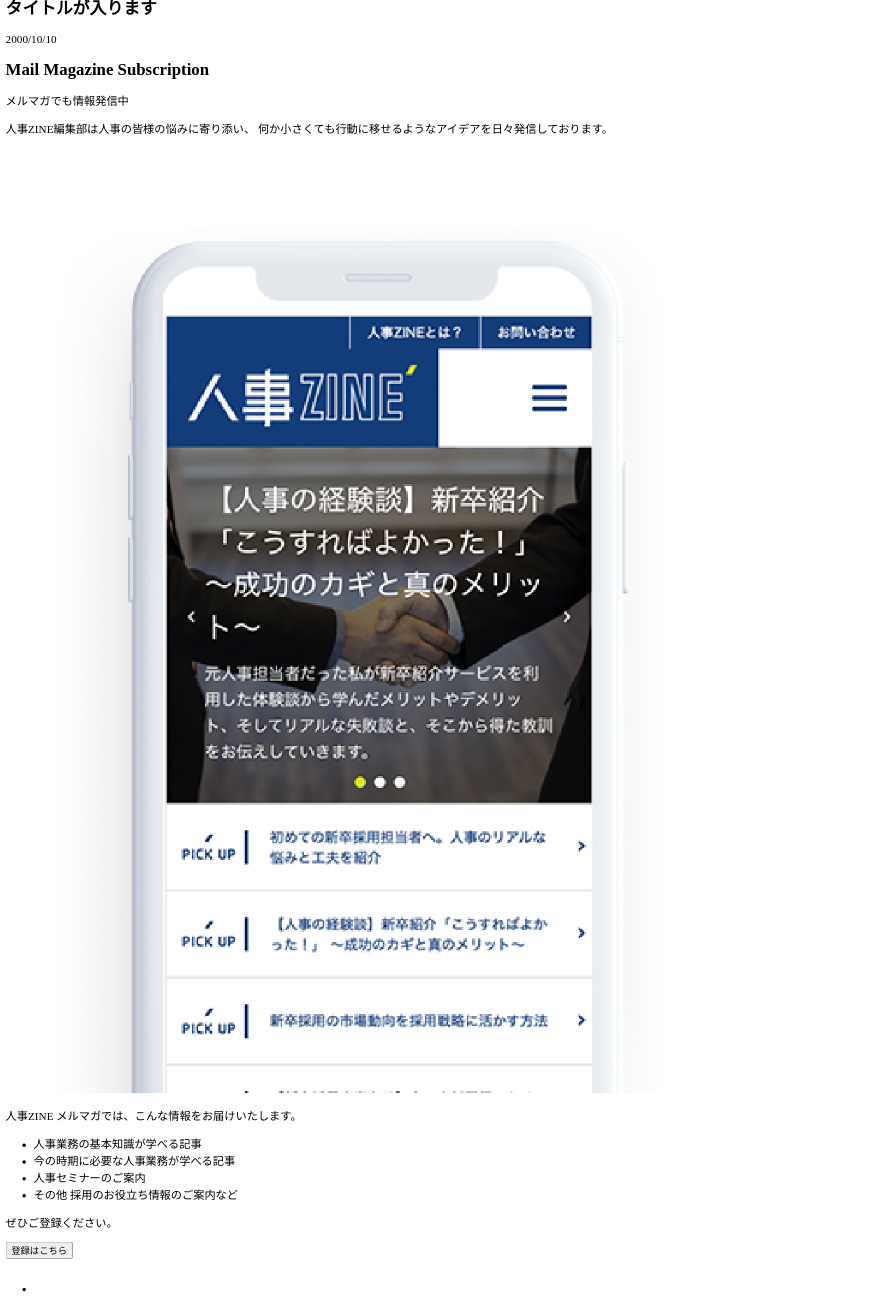
Repository: daisukey623/WpPractice
Page: index.html
These files come from the project's save history. The page is drawn as it stood at one moment and after a run of saves; the edit follows.
The browser window is 1280 px wide. The pictures show the part of the page from y = 1922 to 3842 px (the page is 3788 px tall before and 3842 px after), at 70% of full size.

Above is the page before, as saved 2021-09-21 21:59:28.

### index.html
<!DOCTYPE html>
<html lang="en">
  <head>
    <meta charset="UTF-8" />
    <meta http-equiv="X-UA-Compatible" content="IE=edge" />
    <meta name="viewport" content="width=device-width, initial-scale=1.0" />
    <title>Document</title>
  </head>
  <body>
    <header>
      <div>
        <p>新任人事の悩みに寄り添うメディア</p>
        <img src="/img/logo_black.png" alt="ロゴ" />
      </div>
      <nav>
        <ul>
          <li><a href="">採用</a></li>
          <li><a href="">人材/組織開発</a></li>
          <li><a href="">労務</a></li>
          <li><a href="">人気記事</a></li>
          <li><a href="">お役立ち資料</a></li>
        </ul>
      </nav>
      <menu></menu>
    </header>
    <main>
      <article>
        <div>
          <img src="/img/eyecatch.jpg" alt="アイキャッチ" />
          <h2>記事のタイトルが入ります</h2>
          <p>
            記事ディスクリプションが入ります。記事ディスクリプションが入ります。記事ディスクリプションが入ります。記事ディスクリプションが入ります。
            記事ディスクリプションが入ります。記事ディスクリプションが入ります。
          </p>
          <p>#人材活躍×定着</p>
          <p>2000/10/10</p>
        </div>
      </article>
    </main>
    <aside>
      <article>
        <div>
          <img src="/img/eyecatch.jpg" alt="" />
          <h2>タイトルが入ります</h2>
          <p>2000/10/10</p>
        </div>
      </article>
    </aside>
    <footer>
      <div>
        <h2>Mail Magazine Subscription</h2>
        <p>メルマガでも情報発信中</p>
        <p>
          人事ZINE編集部は人事の皆様の悩みに寄り添い、
          何か小さくても行動に移せるようなアイデアを日々発信しております。
        </p>
      </div>
      <div>
        <img src="/img/footer_mail_mobile.png" alt="メルマガ">
        <p>
          人事ZINE メルマガでは、こんな情報をお届けいたします。
        </p>
        <ul>
          <li>人事業務の基本知識が学べる記事</li>
          <li>今の時期に必要な人事業務が学べる記事</li>
          <li>人事セミナーのご案内</li>
          <li>その他 採用のお役立ち情報のご案内など</li>
        </ul>
        <p>ぜひご登録ください。</p>
        <button>登録はこちら</button>
      </div>
      <div>
        <img src="" alt="">
        <img src="" alt="">
        <img src="" alt="">
        <ul>
          <li><a href=""人事ZINEとは></a></li>
        </ul>
      </div>
    </footer>
  </body>
</html>

After the next 3 saves:
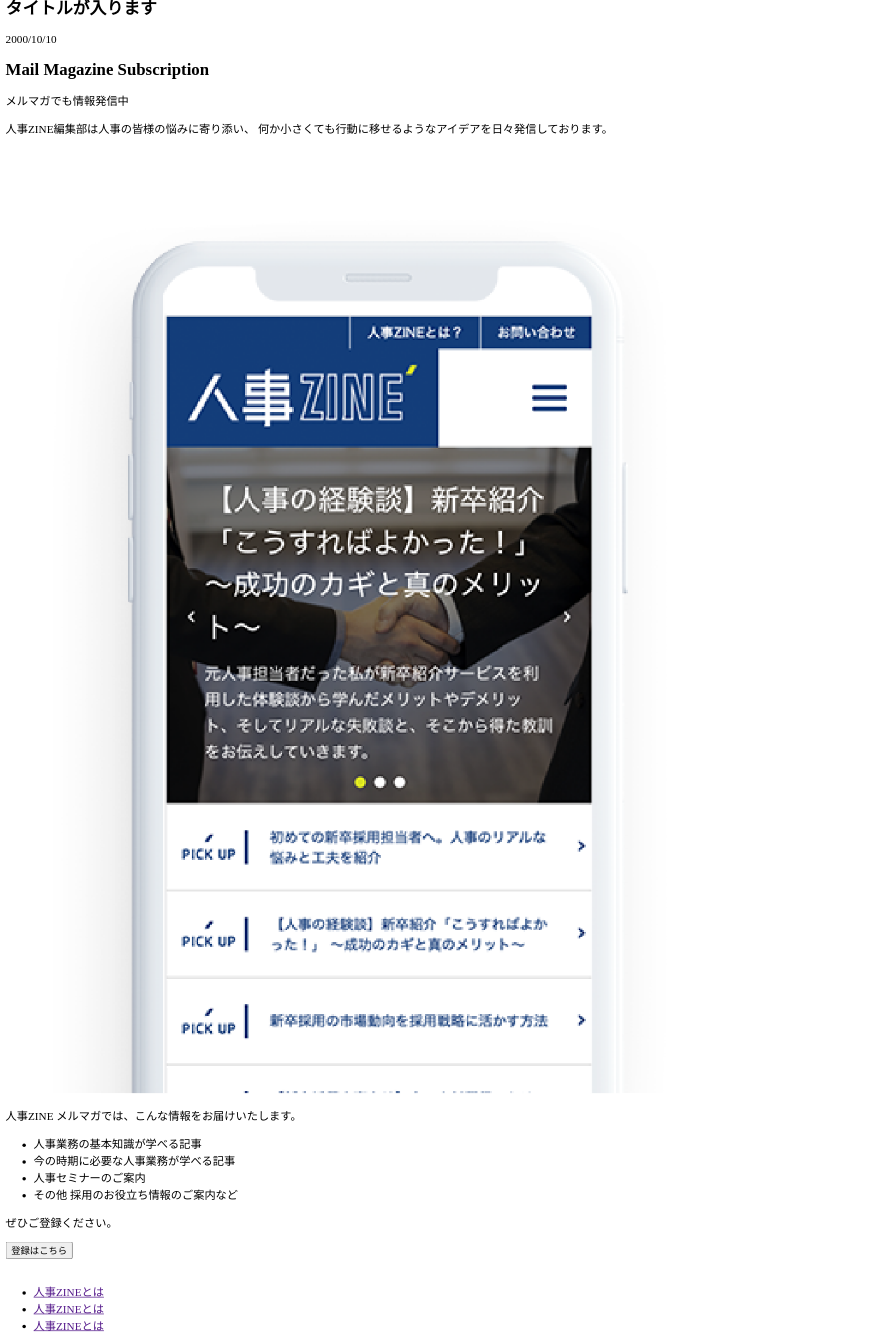
The 3 saves are shown as one change because they came seconds apart.
The last was saved 9 s later.
--- a/index.html
+++ b/index.html
@@ -74,7 +74,9 @@
         <img src="" alt="">
         <img src="" alt="">
         <ul>
-          <li><a href=""人事ZINEとは></a></li>
+          <li><a href="">人事ZINEとは</a></li>
+          <li><a href="">人事ZINEとは</a></li>
+          <li><a href="">人事ZINEとは</a></li>
         </ul>
       </div>
     </footer>
